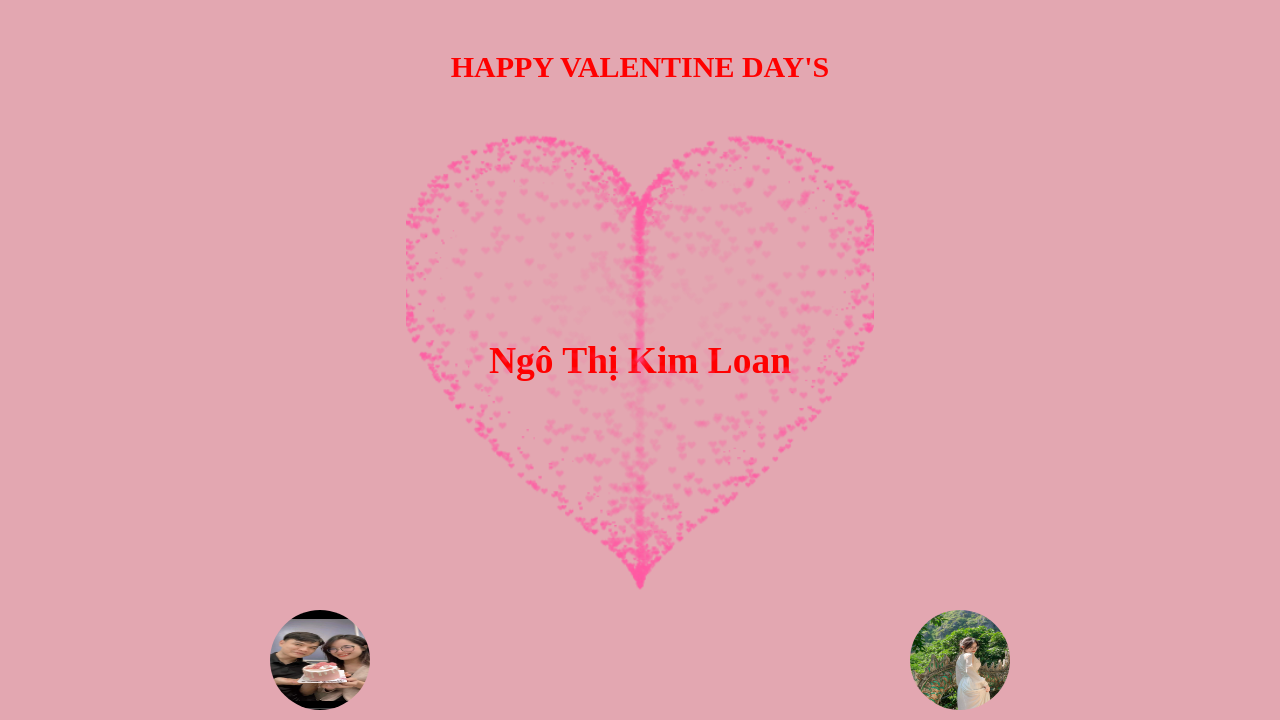
Repository: congbnvn0709/happy-valentine
Page: index.html
The author's editor kept a copy of each file at every save. The page is drawn from the files as they stood at one save, then again after the next save.
The browser window is 1280 px wide. The pictures show the whole page.

Above is the page before, as saved 2023-01-30 23:34:08.

### index.html
<!DOCTYPE html PUBLIC "-//W3C//DTD HTML 4.0 Transitional//EN">
<html>
  <head>
    <title>Happy valentine day's</title>
    <meta name="Generator" content="EditPlus" />
    <meta name="Author" content="" />
    <meta name="Keywords" content="" />
    <meta name="Description" content="" />
    <link rel="stylesheet" type="text/css" href="style.css" />
  </head>

  <body>
    <p class="title">HAPPY VALENTINE DAY'S</p>
    <h1>Ngô Thị Kim Loan</h1>

    <div class="box">
      <canvas id="pinkboard"></canvas>
    </div>
    <div class="image">
        <img class="image1" src="./person1.jpg" alt="" srcset="">
        <img class="image1" src="./person2.jpg" alt="" srcset="">
    </div>
    <script src="app.js"></script>
  </body>
</html>

### style.css
html,
body {
  height: 100%;
  padding: 0;
  margin: 0;
  background: rgb(227, 167, 177);
  display: flex;
  justify-content: center;
  align-items: center;
}

h1 {
  color: red;
}

.box {
  width: 100%;
  position: absolute;
  top: 50%;
  left: 50%;
  transform: translate(-50%, -50%);
  display: flex;
  flex-direction: column;
}

canvas {
  position: absolute;
  width: 100%;
  height: 100%;
}

#pinkboard {
  position: relative;
  margin: auto;
  height: 400px;
  width: 400px;
  animation: animate 2s infinite;
}

h1 {
  animation: animate 2s infinite;
}

#pinkboard:before,
#pinkboard:after {
  content: "";

  position: absolute;

  background: #ff5ca4;

  width: 100px;

  height: 160px;

  border-top-left-radius: 50px;

  border-top-right-radius: 50px;
}

#pinkboard:before {
  left: 100px;

  transform: rotate(-45deg);

  transform-origin: 0 100%;

  box-shadow: 0 14px 28px rgba(0, 0, 0, 0.25), 0 10px 10px rgba(0, 0, 0, 0.22);
}

#pinkboard:after {
  left: 0;

  transform: rotate(45deg);

  transform-origin: 100% 100%;
}

@keyframes animate {
  0% {
    transform: scale(1);
  }

  30% {
    transform: scale(0.8);
  }

  60% {
    transform: scale(1.2);
  }

  100% {
    transform: scale(1);
  }
}

.title {
  position: absolute;
  top: 20px;
  color: red;
  font-size: 30px;
  font-weight: 700;
}
.image{
    display: flex;
    width: 100%;
    justify-content: space-around;
    position: absolute;
    bottom: 10px;
}
.image1{
    width: 100px;
    height: 100px;
    border-radius: 50%;
}

### app.js
var settings = {
    particles: {
      length: 2000,
      duration: 3,
      velocity: 100,
      effect: -1,
      size: 8,
    },
  };

  (function () {
    var b = 0;

    var c = ["ms", "moz", "webkit", "o"];

    for (var a = 0; a < c.length && !window.requestAnimationFrame; ++a) {
      window.requestAnimationFrame = window[c[a] + "RequestAnimationFrame"];

      window.cancelAnimationFrame =
        window[c[a] + "CancelAnimationFrame"] ||
        window[c[a] + "CancelRequestAnimationFrame"];
    }

    if (!window.requestAnimationFrame) {
      window.requestAnimationFrame = function (h, e) {
        var d = new Date().getTime();

        var f = Math.max(0, 16 - (d - b));

        var g = window.setTimeout(function () {
          h(d + f);
        }, f);

        b = d + f;

        return g;
      };
    }

    if (!window.cancelAnimationFrame) {
      window.cancelAnimationFrame = function (d) {
        clearTimeout(d);
      };
    }
  })();

  var Point = (function () {
    function Point(x, y) {
      this.x = typeof x !== "undefined" ? x : 0;

      this.y = typeof y !== "undefined" ? y : 0;
    }

    Point.prototype.clone = function () {
      return new Point(this.x, this.y);
    };

    Point.prototype.length = function (length) {
      if (typeof length == "undefined")
        return Math.sqrt(this.x * this.x + this.y * this.y);

      this.normalize();

      this.x *= length;

      this.y *= length;

      return this;
    };

    Point.prototype.normalize = function () {
      var length = this.length();

      this.x /= length;

      this.y /= length;

      return this;
    };

    return Point;
  })();

  var Particle = (function () {
    function Particle() {
      this.position = new Point();

      this.velocity = new Point();

      this.acceleration = new Point();

      this.age = 0;
    }

    Particle.prototype.initialize = function (x, y, dx, dy) {
      this.position.x = x;

      this.position.y = y;

      this.velocity.x = dx;

      this.velocity.y = dy;

      this.acceleration.x = dx * settings.particles.effect;

      this.acceleration.y = dy * settings.particles.effect;

      this.age = 0;
    };

    Particle.prototype.update = function (deltaTime) {
      this.position.x += this.velocity.x * deltaTime;

      this.position.y += this.velocity.y * deltaTime;

      this.velocity.x += this.acceleration.x * deltaTime;

      this.velocity.y += this.acceleration.y * deltaTime;

      this.age += deltaTime;
    };

    Particle.prototype.draw = function (context, image) {
      function ease(t) {
        return --t * t * t + 1;
      }

      var size = image.width * ease(this.age / settings.particles.duration);

      context.globalAlpha = 1 - this.age / settings.particles.duration;

      context.drawImage(
        image,

        this.position.x - size / 2,

        this.position.y - size / 2,

        size,

        size
      );
    };

    return Particle;
  })();

  var ParticlePool = (function () {
    var particles,
      firstActive = 0,
      firstFree = 0,
      duration = settings.particles.duration;

    function ParticlePool(length) {
      particles = new Array(length);

      for (var i = 0; i < particles.length; i++)
        particles[i] = new Particle();
    }

    ParticlePool.prototype.add = function (x, y, dx, dy) {
      particles[firstFree].initialize(x, y, dx, dy);

      firstFree++;

      if (firstFree == particles.length) firstFree = 0;

      if (firstActive == firstFree) firstActive++;

      if (firstActive == particles.length) firstActive = 0;
    };

    ParticlePool.prototype.update = function (deltaTime) {
      var i;

      if (firstActive < firstFree) {
        for (i = firstActive; i < firstFree; i++)
          particles[i].update(deltaTime);
      }

      if (firstFree < firstActive) {
        for (i = firstActive; i < particles.length; i++)
          particles[i].update(deltaTime);

        for (i = 0; i < firstFree; i++) particles[i].update(deltaTime);
      }

      while (
        particles[firstActive].age >= duration &&
        firstActive != firstFree
      ) {
        firstActive++;

        if (firstActive == particles.length) firstActive = 0;
      }
    };

    ParticlePool.prototype.draw = function (context, image) {
      if (firstActive < firstFree) {
        for (i = firstActive; i < firstFree; i++)
          particles[i].draw(context, image);
      }

      if (firstFree < firstActive) {
        for (i = firstActive; i < particles.length; i++)
          particles[i].draw(context, image);

        for (i = 0; i < firstFree; i++) particles[i].draw(context, image);
      }
    };

    return ParticlePool;
  })();

  (function (canvas) {
    var context = canvas.getContext("2d"),
      particles = new ParticlePool(settings.particles.length),
      particleRate =
        settings.particles.length / settings.particles.duration,
      time;

    function pointOnHeart(t) {
      return new Point(
        160 * Math.pow(Math.sin(t), 3),

        130 * Math.cos(t) -
          50 * Math.cos(2 * t) -
          20 * Math.cos(3 * t) -
          10 * Math.cos(4 * t) +
          25
      );
    }

    var image = (function () {
      var canvas = document.createElement("canvas"),
        context = canvas.getContext("2d");

      canvas.width = settings.particles.size;

      canvas.height = settings.particles.size;

      function to(t) {
        var point = pointOnHeart(t);

        point.x =
          settings.particles.size / 2 +
          (point.x * settings.particles.size) / 350;

        point.y =
          settings.particles.size / 2 -
          (point.y * settings.particles.size) / 350;

        return point;
      }

      context.beginPath();

      var t = -Math.PI;

      var point = to(t);

      context.moveTo(point.x, point.y);

      while (t < Math.PI) {
        t += 0.01;

        point = to(t);

        context.lineTo(point.x, point.y);
      }

      context.closePath();

      context.fillStyle = "#FF5CA4";

      context.fill();

      var image = new Image();

      image.src = canvas.toDataURL();

      return image;
    })();

    function render() {
      requestAnimationFrame(render);

      var newTime = new Date().getTime() / 1000,
        deltaTime = newTime - (time || newTime);

      time = newTime;

      context.clearRect(0, 0, canvas.width, canvas.height);

      var amount = particleRate * deltaTime;

      for (var i = 0; i < amount; i++) {
        var pos = pointOnHeart(Math.PI - 2 * Math.PI * Math.random());

        var dir = pos.clone().length(settings.particles.velocity);

        particles.add(
          canvas.width / 2 + pos.x,

          canvas.height / 2 - pos.y,

          dir.x,

          -dir.y
        );
      }

      particles.update(deltaTime);

      particles.draw(context, image);
    }

    function onResize() {
      canvas.width = canvas.clientWidth;

      canvas.height = canvas.clientHeight;
    }

    window.onresize = onResize;

    setTimeout(function () {
      onResize();

      render();
    }, 10);
  })(document.getElementById("pinkboard"));

After the next save:
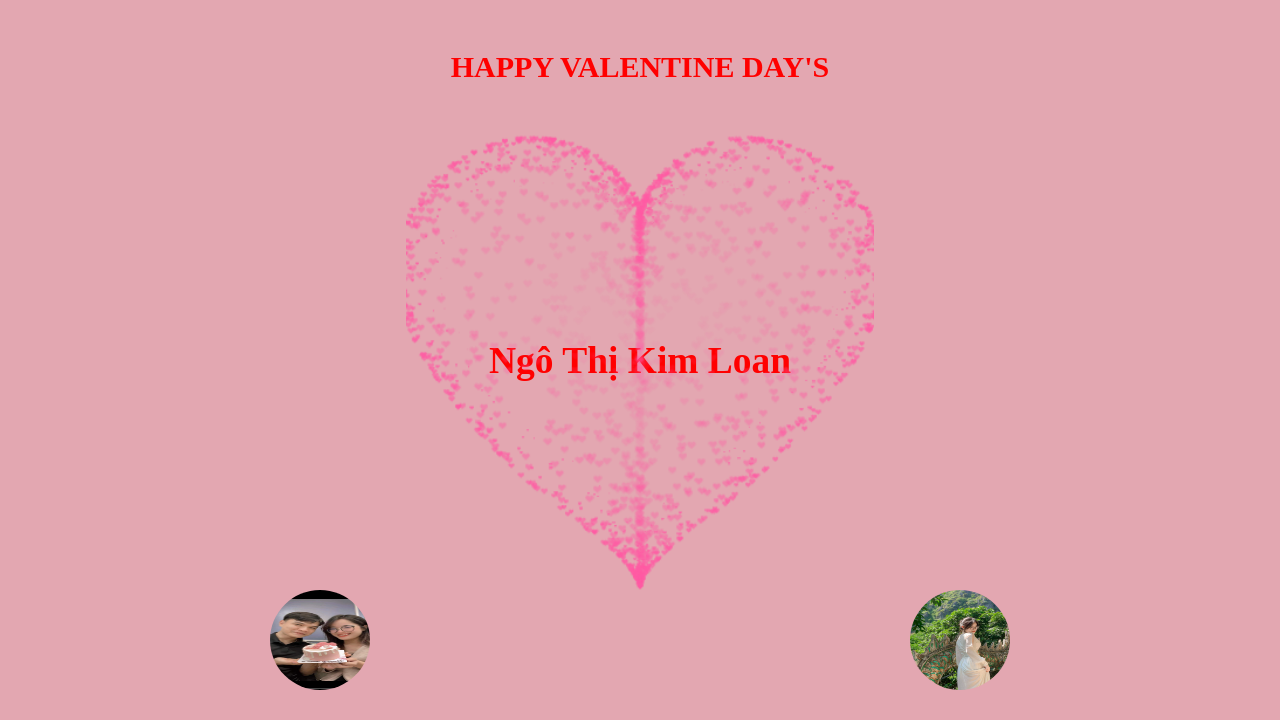
Saved 6 s later.
--- a/style.css
+++ b/style.css
@@ -106,7 +106,7 @@ h1 {
     width: 100%;
     justify-content: space-around;
     position: absolute;
-    bottom: 10px;
+    bottom: 30px;
 }
 .image1{
     width: 100px;
